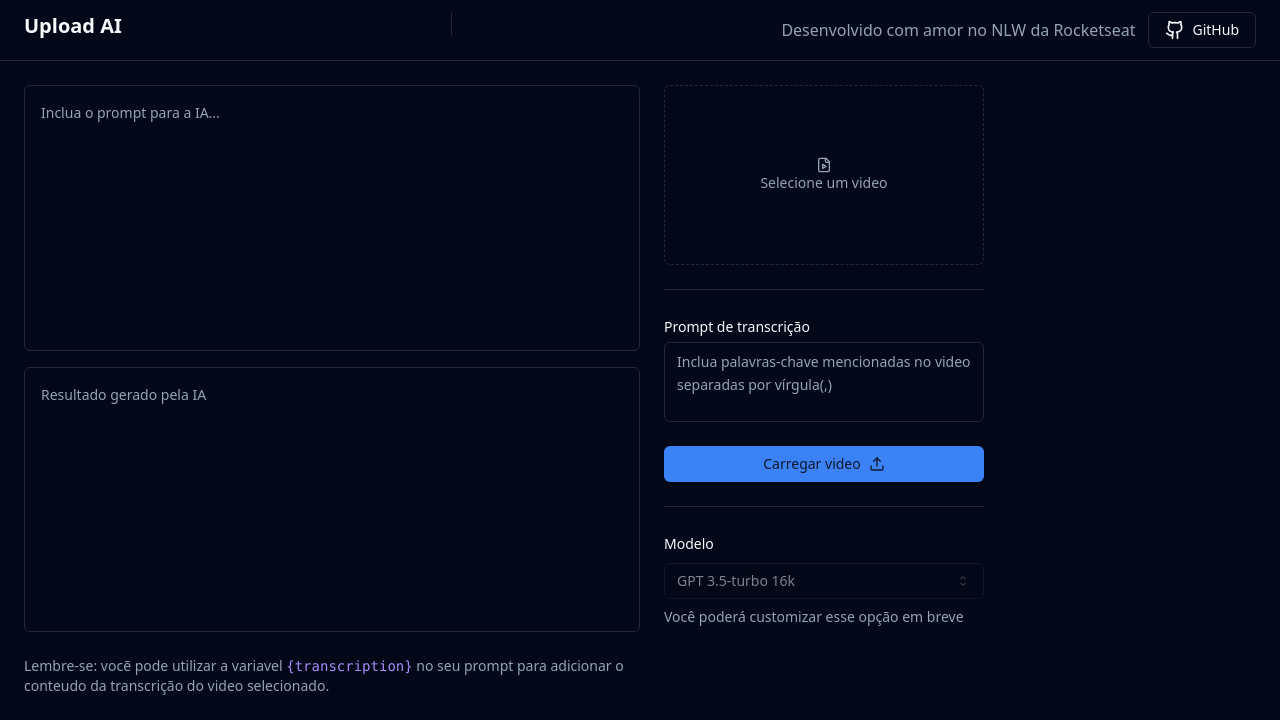
Repository: brksaian/nlw-2023-IA
Page: /
The author's editor kept a copy of each file at every save. The page is drawn from the files as they stood at one save, then again after the next save.
The browser window is 1280 px wide. The pictures show the whole page.
The project was rebuilt for these pictures with package versions that can differ from the ones it lists, and the page was loaded fresh each time. Also part of the build but not shown: vite.config.ts.

Above is the page before, as saved 2023-09-12 22:53:15.

### index.html
<!DOCTYPE html>
<html lang="en">
  <head>
    <meta charset="UTF-8" />
    <meta name="viewport" content="width=device-width, initial-scale=1.0" />
    <title>Upload AI</title>
  </head>
  <body>
    <div id="root"></div>
    <script type="module" src="/src/main.tsx"></script>
  </body>
</html>

### src/App.tsx
import { Button } from "./components/ui/button";
import { Github, FileVideo, Upload } from "lucide-react";
import { Separator } from "./components/ui/separator";
import { Textarea } from "./components/ui/textarea";
import { Label } from "./components/ui/label";
import {
  Select,
  SelectContent,
  SelectItem,
  SelectTrigger,
  SelectValue,
} from "./components/ui/select";

export function App() {
  return (
    <div className="min-h-screen flex flex-col">
      <div className="px-6 py-3 flex item-center justify-between border-b">
        <h1 className="text-xl font-bold">Upload AI</h1>

        <Separator orientation="vertical" className="h-6" />

        <div className="flex items-center gap-3">
          <span className="text-small text-muted-foreground">
            Desenvolvido com amor no NLW da Rocketseat
          </span>
          <Button variant="outline">
            <Github className="w-5 h-5 mr-2" />
            GitHub
          </Button>
        </div>
      </div>
      <main className="flex-1 p-6 flex gap-6">
        <div className="flex flex-col gap-6 w-1/2">
          <div className="grid grid-rows-2 gap-4 flex-1">
            <Textarea
              placeholder="Inclua o prompt para a IA..."
              className="resize-none p-4 leading-relaxed"
            />
            <Textarea
              placeholder="Resultado gerado pela IA"
              className="resize-none p-4 leading-relaxed"
              readOnly
            />
          </div>
          <p className="text-sm text-muted-foreground">
            Lembre-se: vocẽ pode utilizar a variavel{" "}
            <code className="text-violet-400">{"{transcription}"}</code> no seu
            prompt para adicionar o conteudo da transcrição do video
            selecionado.
          </p>
        </div>
        <aside className="w-80 space-y-6">
          <form className="space-y-6">
            <label
              htmlFor="video"
              className="border flex rounded-md aspect-video cursor-pointer border-dashed text-sm flex-col items-center justify-center text-muted-foreground hover:bg-primary/5"
            >
              <FileVideo className="w-4 h-4" />
              Selecione um video
            </label>
            <input
              type="file"
              name="video"
              id="video"
              className="sr-only"
              accept="video/mp4"
            />

            <Separator />

            <div className="space-y-1">
              <Label htmlFor="transcription-prompt">
                Prompt de transcrição
              </Label>
              <Textarea
                id="transcription-prompt"
                placeholder="Inclua palavras-chave mencionadas no video separadas por vírgula(,)"
                className="h-20 leading-relaxed resize-none"
              />
            </div>

            <Button className="w-full">
              Carregar video
              <Upload className="w-4 h-4 ml-2" />
            </Button>
          </form>

          <Separator />

          <form className="space-y-6">
            <div className="space-y-2">
              <Label htmlFor="keywords">Modelo</Label>
              <Select disabled defaultValue="gpt3.5">
                <SelectTrigger>
                  <SelectValue />
                </SelectTrigger>
                <SelectContent>
                  <SelectItem value={"gpt3.5"}>GPT 3.5-turbo 16k</SelectItem>
                </SelectContent>
              </Select>
              <span className="text-sm text-muted-foreground block">
                Você poderá customizar esse opção em breve
              </span>
            </div>
          </form>
        </aside>
      </main>
    </div>
  );
}

### src/index.css
@tailwind base;
@tailwind components;
@tailwind utilities;

@layer base {
  :root {
    --background: 222.2 84% 4.9%;
    --foreground: 210 40% 98%;
    --card: 222.2 84% 4.9%;
    --card-foreground: 210 40% 98%;
    --popover: 222.2 84% 4.9%;
    --popover-foreground: 210 40% 98%;
    --primary: 217.2 91.2% 59.8%;
    --primary-foreground: 222.2 47.4% 11.2%;
    --secondary: 217.2 32.6% 17.5%;
    --secondary-foreground: 210 40% 98%;
    --muted: 217.2 32.6% 17.5%;
    --muted-foreground: 215 20.2% 65.1%;
    --accent: 217.2 32.6% 17.5%;
    --accent-foreground: 210 40% 98%;
    --destructive: 0 62.8% 30.6%;
    --destructive-foreground: 210 40% 98%;
    --border: 217.2 32.6% 17.5%;
    --input: 217.2 32.6% 17.5%;
    --ring: 224.3 76.3% 48%;

    --radius: 0.5rem;
  }
}

@layer base {
  * {
    @apply border-border;
  }
  body {
    @apply bg-background text-foreground;
  }
}

### src/components/ui/button.tsx
import * as React from "react"
import { Slot } from "@radix-ui/react-slot"
import { cva, type VariantProps } from "class-variance-authority"

import { cn } from "@/lib/utils"

const buttonVariants = cva(
  "inline-flex items-center justify-center rounded-md text-sm font-medium transition-colors focus-visible:outline-none focus-visible:ring-1 focus-visible:ring-ring disabled:pointer-events-none disabled:opacity-50",
  {
    variants: {
      variant: {
        default:
          "bg-primary text-primary-foreground shadow hover:bg-primary/90",
        destructive:
          "bg-destructive text-destructive-foreground shadow-sm hover:bg-destructive/90",
        outline:
          "border border-input bg-transparent shadow-sm hover:bg-accent hover:text-accent-foreground",
        secondary:
          "bg-secondary text-secondary-foreground shadow-sm hover:bg-secondary/80",
        ghost: "hover:bg-accent hover:text-accent-foreground",
        link: "text-primary underline-offset-4 hover:underline",
      },
      size: {
        default: "h-9 px-4 py-2",
        sm: "h-8 rounded-md px-3 text-xs",
        lg: "h-10 rounded-md px-8",
        icon: "h-9 w-9",
      },
    },
    defaultVariants: {
      variant: "default",
      size: "default",
    },
  }
)

export interface ButtonProps
  extends React.ButtonHTMLAttributes<HTMLButtonElement>,
    VariantProps<typeof buttonVariants> {
  asChild?: boolean
}

const Button = React.forwardRef<HTMLButtonElement, ButtonProps>(
  ({ className, variant, size, asChild = false, ...props }, ref) => {
    const Comp = asChild ? Slot : "button"
    return (
      <Comp
        className={cn(buttonVariants({ variant, size, className }))}
        ref={ref}
        {...props}
      />
    )
  }
)
Button.displayName = "Button"

export { Button, buttonVariants }

### src/components/ui/separator.tsx
import * as React from "react"
import * as SeparatorPrimitive from "@radix-ui/react-separator"

import { cn } from "@/lib/utils"

const Separator = React.forwardRef<
  React.ElementRef<typeof SeparatorPrimitive.Root>,
  React.ComponentPropsWithoutRef<typeof SeparatorPrimitive.Root>
>(
  (
    { className, orientation = "horizontal", decorative = true, ...props },
    ref
  ) => (
    <SeparatorPrimitive.Root
      ref={ref}
      decorative={decorative}
      orientation={orientation}
      className={cn(
        "shrink-0 bg-border",
        orientation === "horizontal" ? "h-[1px] w-full" : "h-full w-[1px]",
        className
      )}
      {...props}
    />
  )
)
Separator.displayName = SeparatorPrimitive.Root.displayName

export { Separator }

### src/components/ui/textarea.tsx
import * as React from "react"

import { cn } from "@/lib/utils"

export interface TextareaProps
  extends React.TextareaHTMLAttributes<HTMLTextAreaElement> {}

const Textarea = React.forwardRef<HTMLTextAreaElement, TextareaProps>(
  ({ className, ...props }, ref) => {
    return (
      <textarea
        className={cn(
          "flex min-h-[60px] w-full rounded-md border border-input bg-transparent px-3 py-2 text-sm shadow-sm placeholder:text-muted-foreground focus-visible:outline-none focus-visible:ring-1 focus-visible:ring-ring disabled:cursor-not-allowed disabled:opacity-50",
          className
        )}
        ref={ref}
        {...props}
      />
    )
  }
)
Textarea.displayName = "Textarea"

export { Textarea }

### src/components/ui/label.tsx
import * as React from "react"
import * as LabelPrimitive from "@radix-ui/react-label"
import { cva, type VariantProps } from "class-variance-authority"

import { cn } from "@/lib/utils"

const labelVariants = cva(
  "text-sm font-medium leading-none peer-disabled:cursor-not-allowed peer-disabled:opacity-70"
)

const Label = React.forwardRef<
  React.ElementRef<typeof LabelPrimitive.Root>,
  React.ComponentPropsWithoutRef<typeof LabelPrimitive.Root> &
    VariantProps<typeof labelVariants>
>(({ className, ...props }, ref) => (
  <LabelPrimitive.Root
    ref={ref}
    className={cn(labelVariants(), className)}
    {...props}
  />
))
Label.displayName = LabelPrimitive.Root.displayName

export { Label }

### src/components/ui/select.tsx
import * as React from "react"
import { CaretSortIcon, CheckIcon } from "@radix-ui/react-icons"
import * as SelectPrimitive from "@radix-ui/react-select"

import { cn } from "@/lib/utils"

const Select = SelectPrimitive.Root

const SelectGroup = SelectPrimitive.Group

const SelectValue = SelectPrimitive.Value

const SelectTrigger = React.forwardRef<
  React.ElementRef<typeof SelectPrimitive.Trigger>,
  React.ComponentPropsWithoutRef<typeof SelectPrimitive.Trigger>
>(({ className, children, ...props }, ref) => (
  <SelectPrimitive.Trigger
    ref={ref}
    className={cn(
      "flex h-9 w-full items-center justify-between rounded-md border border-input bg-transparent px-3 py-2 text-sm shadow-sm ring-offset-background placeholder:text-muted-foreground focus:outline-none focus:ring-1 focus:ring-ring disabled:cursor-not-allowed disabled:opacity-50",
      className
    )}
    {...props}
  >
    {children}
    <SelectPrimitive.Icon asChild>
      <CaretSortIcon className="h-4 w-4 opacity-50" />
    </SelectPrimitive.Icon>
  </SelectPrimitive.Trigger>
))
SelectTrigger.displayName = SelectPrimitive.Trigger.displayName

const SelectContent = React.forwardRef<
  React.ElementRef<typeof SelectPrimitive.Content>,
  React.ComponentPropsWithoutRef<typeof SelectPrimitive.Content>
>(({ className, children, position = "popper", ...props }, ref) => (
  <SelectPrimitive.Portal>
    <SelectPrimitive.Content
      ref={ref}
      className={cn(
        "relative z-50 min-w-[8rem] overflow-hidden rounded-md border bg-popover text-popover-foreground shadow-md data-[state=open]:animate-in data-[state=closed]:animate-out data-[state=closed]:fade-out-0 data-[state=open]:fade-in-0 data-[state=closed]:zoom-out-95 data-[state=open]:zoom-in-95 data-[side=bottom]:slide-in-from-top-2 data-[side=left]:slide-in-from-right-2 data-[side=right]:slide-in-from-left-2 data-[side=top]:slide-in-from-bottom-2",
        position === "popper" &&
          "data-[side=bottom]:translate-y-1 data-[side=left]:-translate-x-1 data-[side=right]:translate-x-1 data-[side=top]:-translate-y-1",
        className
      )}
      position={position}
      {...props}
    >
      <SelectPrimitive.Viewport
        className={cn(
          "p-1",
          position === "popper" &&
            "h-[var(--radix-select-trigger-height)] w-full min-w-[var(--radix-select-trigger-width)]"
        )}
      >
        {children}
      </SelectPrimitive.Viewport>
    </SelectPrimitive.Content>
  </SelectPrimitive.Portal>
))
SelectContent.displayName = SelectPrimitive.Content.displayName

const SelectLabel = React.forwardRef<
  React.ElementRef<typeof SelectPrimitive.Label>,
  React.ComponentPropsWithoutRef<typeof SelectPrimitive.Label>
>(({ className, ...props }, ref) => (
  <SelectPrimitive.Label
    ref={ref}
    className={cn("px-2 py-1.5 text-sm font-semibold", className)}
    {...props}
  />
))
SelectLabel.displayName = SelectPrimitive.Label.displayName

const SelectItem = React.forwardRef<
  React.ElementRef<typeof SelectPrimitive.Item>,
  React.ComponentPropsWithoutRef<typeof SelectPrimitive.Item>
>(({ className, children, ...props }, ref) => (
  <SelectPrimitive.Item
    ref={ref}
    className={cn(
      "relative flex w-full cursor-default select-none items-center rounded-sm py-1.5 pl-2 pr-8 text-sm outline-none focus:bg-accent focus:text-accent-foreground data-[disabled]:pointer-events-none data-[disabled]:opacity-50",
      className
    )}
    {...props}
  >
    <span className="absolute right-2 flex h-3.5 w-3.5 items-center justify-center">
      <SelectPrimitive.ItemIndicator>
        <CheckIcon className="h-4 w-4" />
      </SelectPrimitive.ItemIndicator>
    </span>
    <SelectPrimitive.ItemText>{children}</SelectPrimitive.ItemText>
  </SelectPrimitive.Item>
))
SelectItem.displayName = SelectPrimitive.Item.displayName

const SelectSeparator = React.forwardRef<
  React.ElementRef<typeof SelectPrimitive.Separator>,
  React.ComponentPropsWithoutRef<typeof SelectPrimitive.Separator>
>(({ className, ...props }, ref) => (
  <SelectPrimitive.Separator
    ref={ref}
    className={cn("-mx-1 my-1 h-px bg-muted", className)}
    {...props}
  />
))
SelectSeparator.displayName = SelectPrimitive.Separator.displayName

export {
  Select,
  SelectGroup,
  SelectValue,
  SelectTrigger,
  SelectContent,
  SelectLabel,
  SelectItem,
  SelectSeparator,
}

Loaded but not shown: src/main.tsx (common file); src/lib/utils.ts (common file); tailwind.config.js (common file)

After the next save:
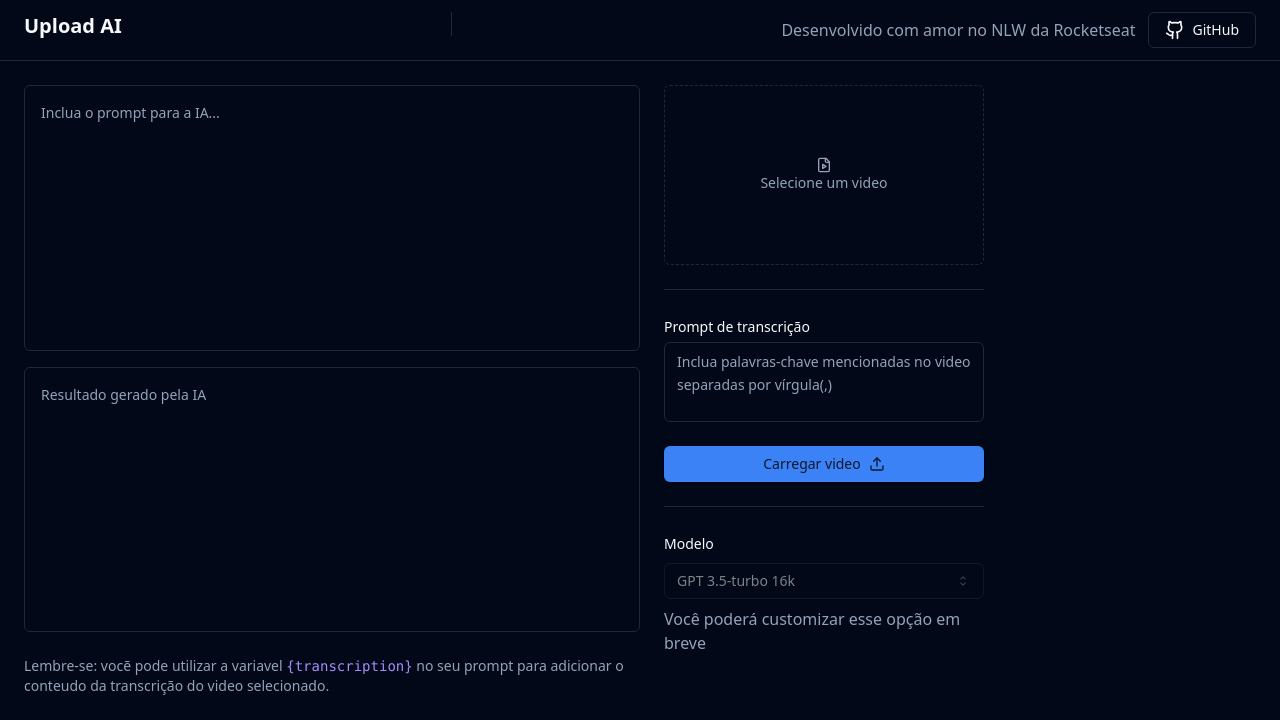
Saved 29 s later.
--- a/src/App.tsx
+++ b/src/App.tsx
@@ -98,7 +98,7 @@ export function App() {
                   <SelectItem value={"gpt3.5"}>GPT 3.5-turbo 16k</SelectItem>
                 </SelectContent>
               </Select>
-              <span className="text-sm text-muted-foreground block">
+              <span className="text-xm text-muted-foreground block">
                 Você poderá customizar esse opção em breve
               </span>
             </div>
